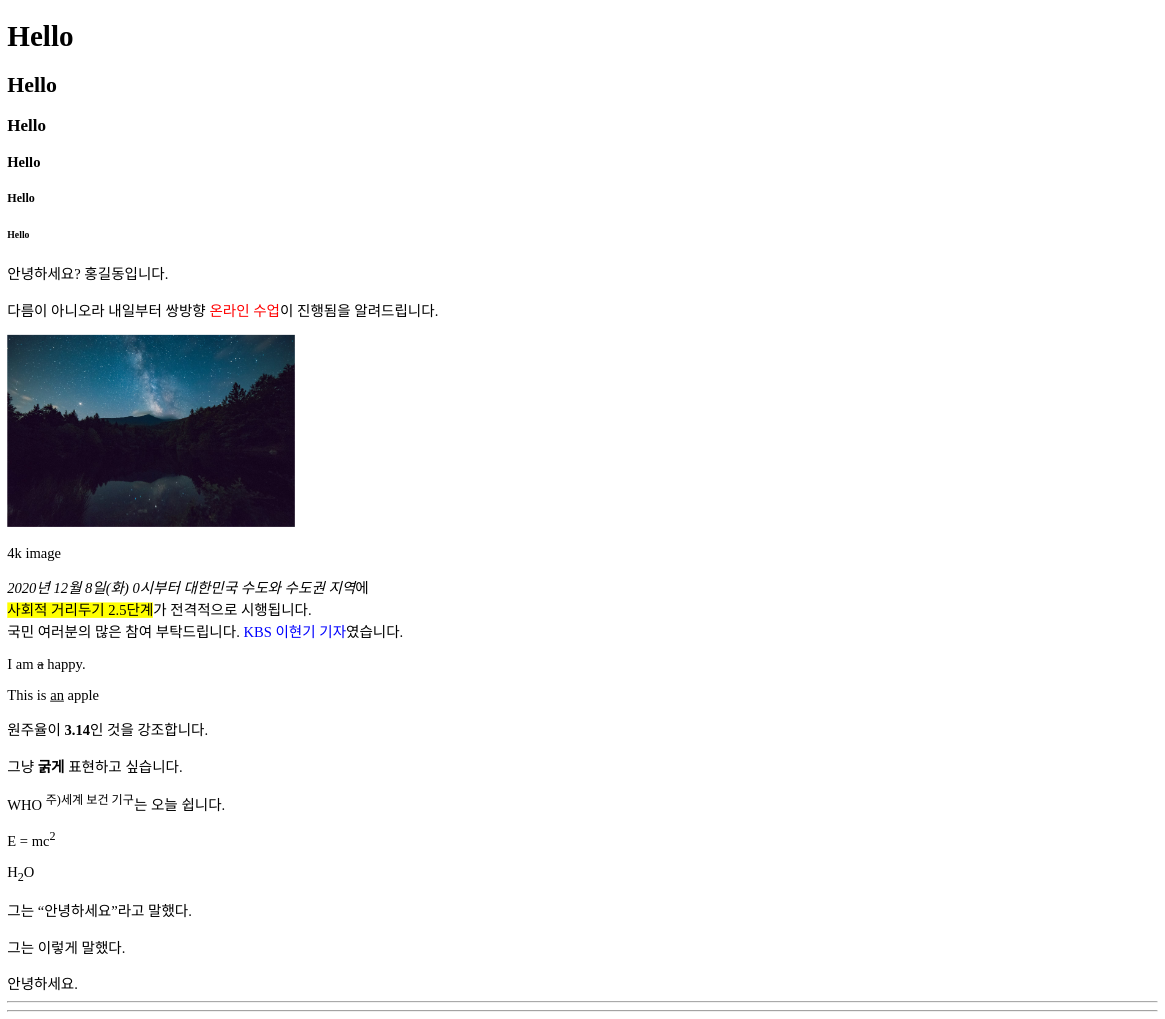
Repository: woneeseo/javastudy
Page: htmlStudy/workspace_html/HelloWorld/WebContent/f.html
The author's editor kept a copy of each file at every save. The page is drawn from the files as they stood at one save, then again after the next save.
The browser window is 1280 px wide. The pictures show the whole page, at 91% of full size.

Above is the page before, as saved 2020-12-07 05:55:39.

### htmlStudy/workspace_html/HelloWorld/WebContent/f.html
<!DOCTYPE html>
<html>
<head>
<meta charset="UTF-8">
<title>Insert title here</title>
</head>
<body>
<!-- 헤더태그 -->
<!-- 블락태그 -> 위/아래 자동 줄바꿈 발생 -->

<h1>Hello</h1>
<!-- h1이 제목으로 많이 쓰임 -->
<h2>Hello</h2>
<h3>Hello</h3>
<!-- 부제목으로 h3이 자주 쓰임 -->
<h4>Hello</h4>
<h5>Hello</h5>
<h6>Hello</h6>


<p>
<!-- 문단을 표기할 때 주로 <p></p>를 씀 (문장이 여러개를 이루어 문단을 이룰 때) -->
	안녕하세요?
	홍길동입니다.
	<!-- <br>태그를 넣어야 줄바꿈이 일어난다. -->
	<!-- 이클립스에서 엔터로 줄바꿔 쓴다고 하더라도 출력은 한줄로 됨 -->
</p>

<p>

	다름이 아니오라
	내일부터 쌍방향 <span style="color: red">온라인 수업</span>이 진행됨을 알려드립니다.
	<!-- <p>태그는 일반적으로 텍스트를 넣어주고 내부에 태그가 들어가는 일이 거의 없으나 -->
	<!-- <span></span> css에서 문장 내에서 특정한 글씨에 효과를 줄 때 사용함 -->
</p>

<div>

	<img style="width: 25%; height: 25%;" alt="4k image" src="test.jpeg"><br>
	<p>4k image</p>
	<!-- div는 태그를 넣어서 쓰기 위해 사용함 / 컨테이너 역할을 함 -->
	<!-- img태그와 p태그를 한 덩어리로 쓰기 위해서 사용함 -->
	<!-- div는 내부에 어떤 내용이 들어있는지 알 수 없음. 그래서 사용하는것이 section 태그 -->

</div>

<section>
	<article>
	<!-- section / article : 시멘틱 태그 (의미가 있는 태그명) -->
		<i>2020년 12월 8일(화) 0시부터</i> <em>대한민국 수도와 수도권 지역</em>에 <br>
		<mark>사회적 거리두기 2.5단계</mark>가 전격적으로 시행됩니다. <br>
		국민 여러분의 많은 참여 부탁드립니다. <span style="color: blue">KBS 이현기 기자</span>였습니다.
		<!-- i태그 : 이탤릭체 / em태그 : 강조하기 위해서 기울여 쓸 때(기울임체 emphasis) -->
		<!-- 결과는 똑같지만 em태그는 시각장애인용 시스템에서 강조해서 읽어들여지는 기능을 함 -->
		<!-- <mark> : 형광펜으로 칠한 듯 한 강조표기를 할 수 있음 -->
	</article>
</section>

<p>I am <del>a</del> happy.</p>
<p>This is <ins>an</ins> apple</p>

<!-- del : 지워야 하는 텍스트일 때 (중간선) / ins : 반드시 있어야만 하는 텍스트일 때 (밑줄)-->
<!-- css와 시멘틱태그 : css는 시각장애인용 스크린리더에서 제대로 인식하지 못하는 경우가 있어 -->
<!-- 삽입, 삭제등 시멘틱태그로 사용할 수 있는 경우에는 반드시 시맨틱태그로 사용해준다. -->

<p>원주율이 <strong>3.14</strong>인 것을 강조합니다.</p> <!-- 시맨틱태그 -->
<p>그냥 <b>굵게</b> 표현하고 싶습니다.</p>
<!-- 두가지의 실행결과는 같음. but 의미가 다르다. -->
<!-- strong 태그를 사용해주는 것이 좋음 -->

<p>WHO <sup>주)세계 보건 기구</sup>는 오늘 쉽니다.</p>
<p>E = mc<sup>2</sup></p>
<!-- <sup> : 주석처리하기 / 주석이 되는 텍스트가 살짝 위로 올라가게 표현됨 (ex.2의 n승 표현..)-->
<p>H<sub>2</sub>O</p>
<!-- <sub> : 주석처리하기 / 주석이 되는 텍스트가 살짝 아래로 내려가게 표현됨 (ex.화학식..) -->

<p>그는 <q>안녕하세요</q>라고 말했다.</p>
<p>그는 이렇게 말했다.</p>
</blockquote>안녕하세요.</blockquote>

<!-- <q> : 문장 중에 인용구를 넣어햐 할 때 큰따옴표 대신 <q>를 쓴다. -->




<hr>
<hr>
<!-- 웹 페이지에 가로줄 넣기 : horizontal tag -->
<!-- 보통 css에서 div에서 아랫줄만 표시 해 가로줄 넣는 것이 일반적임 -->




</body>
</html>

After the next save:
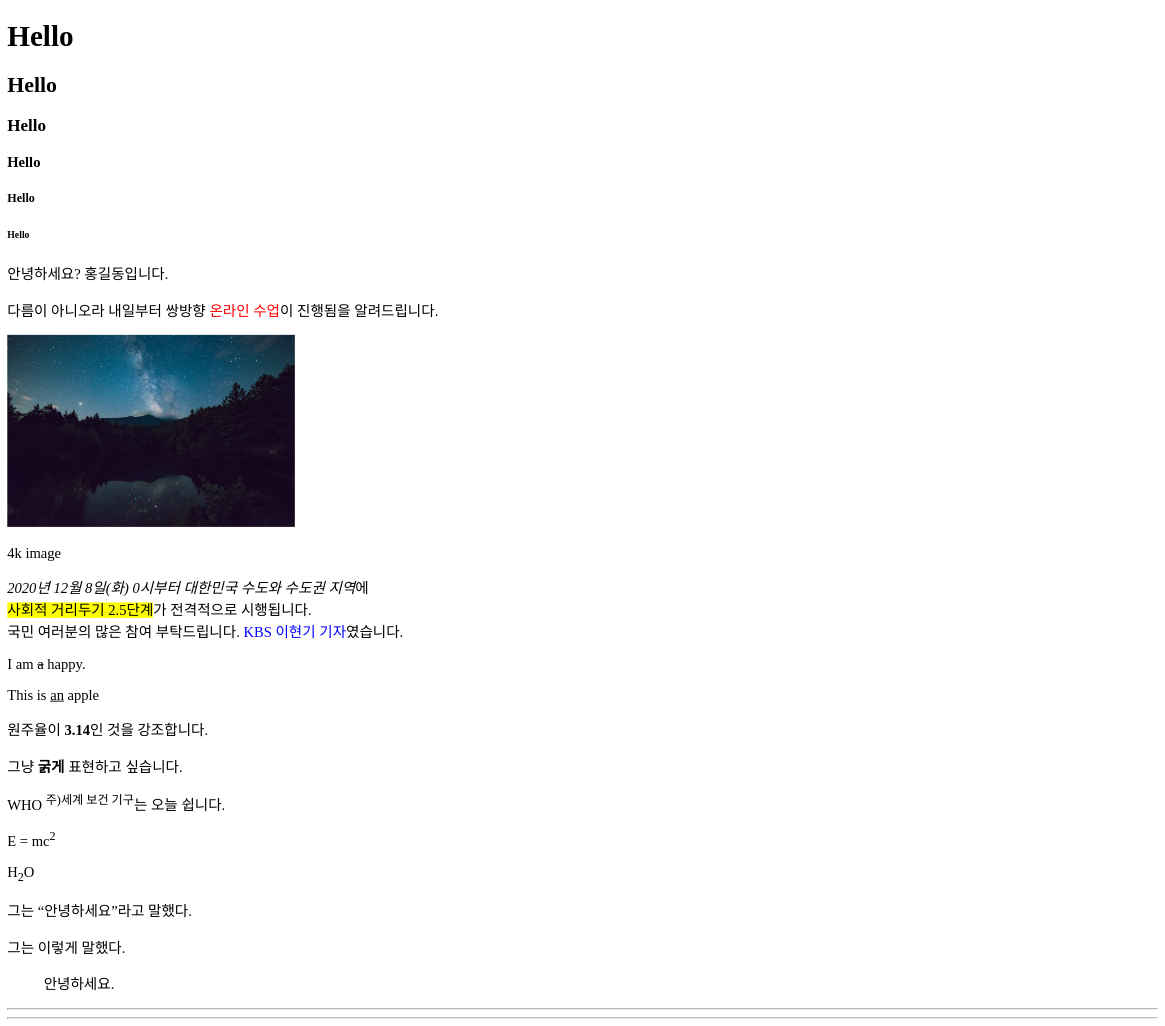
Saved 8 s later.
--- a/htmlStudy/workspace_html/HelloWorld/WebContent/f.html
+++ b/htmlStudy/workspace_html/HelloWorld/WebContent/f.html
@@ -76,7 +76,7 @@
 
 <p>그는 <q>안녕하세요</q>라고 말했다.</p>
 <p>그는 이렇게 말했다.</p>
-</blockquote>안녕하세요.</blockquote>
+<blockquote>안녕하세요.</blockquote>
 
 <!-- <q> : 문장 중에 인용구를 넣어햐 할 때 큰따옴표 대신 <q>를 쓴다. -->
 
